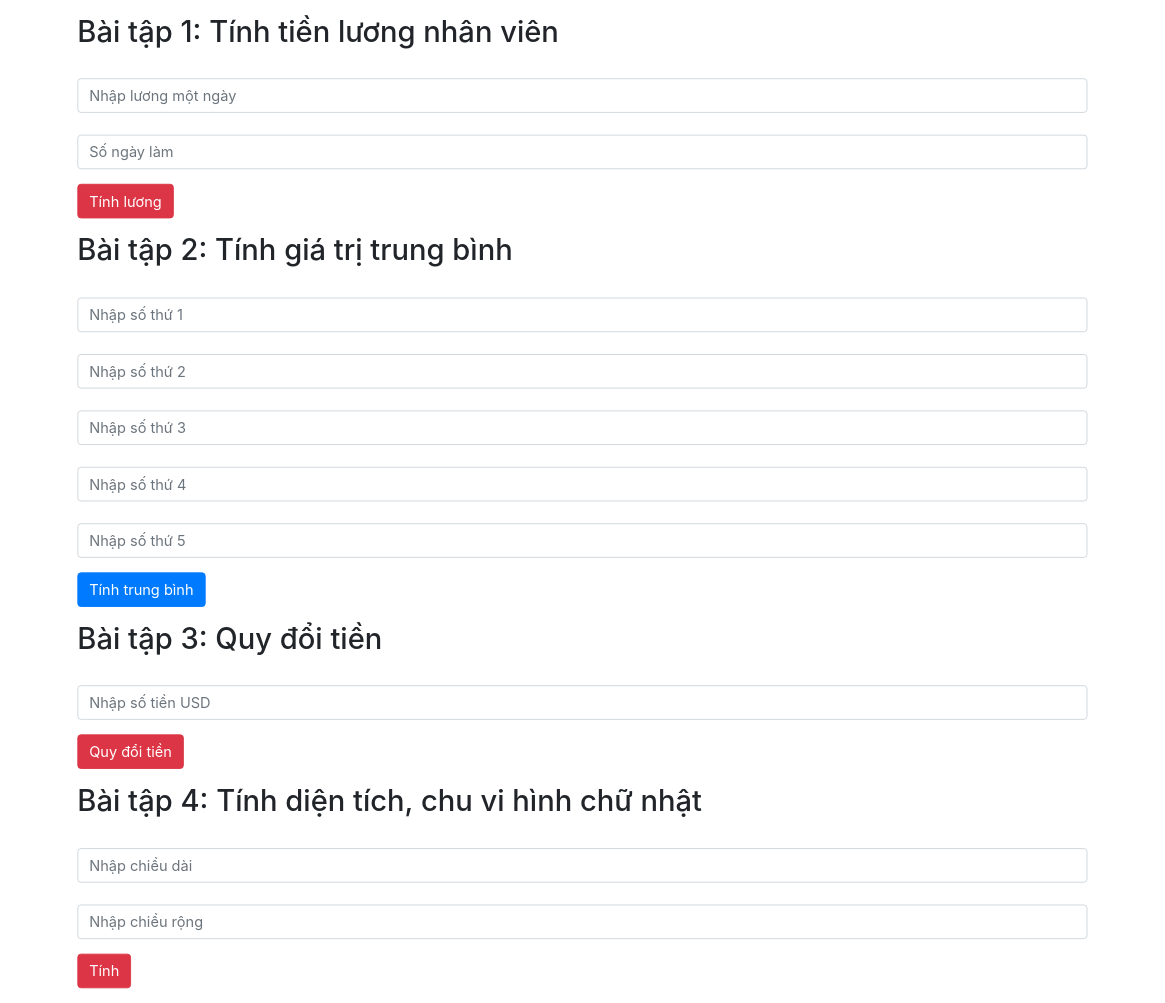
Repository: thanhfrankie/BC10-LeMinhThanh-Js-b2-3
Page: index.html
The author's editor kept a copy of each file at every save. The page is drawn from the files as they stood at one save, then again after the next save.
The browser window is 1280 px wide. The pictures show the whole page, at 91% of full size.

Above is the page before, as saved 2023-12-15 15:56:53.
Console error: SyntaxError: Unexpected token '}'

After the next save:
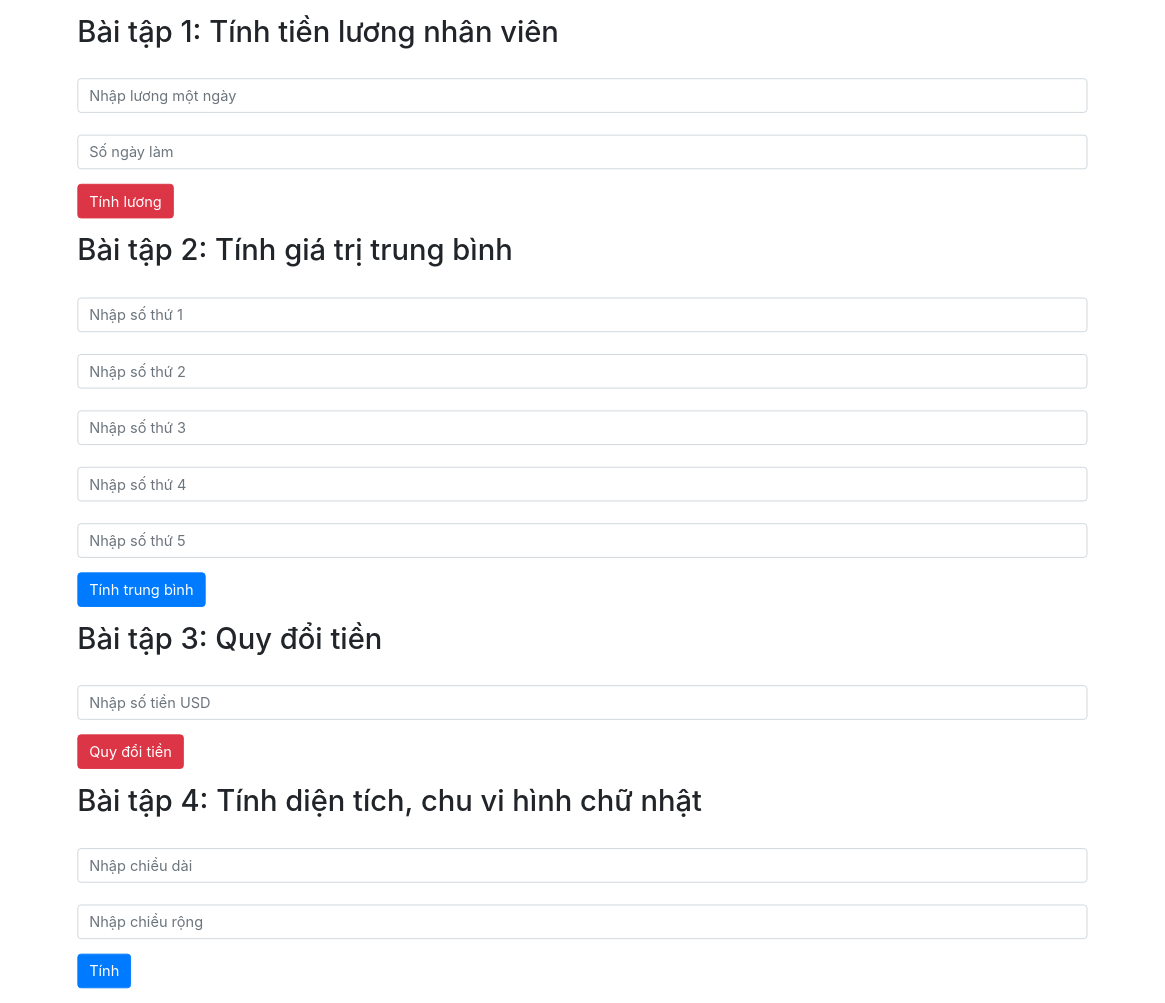
Saved 14 s later.
--- a/index.html
+++ b/index.html
@@ -154,7 +154,7 @@
           placeholder="Nhập chiều rộng"
           required
         />
-        <button type="button" onclick="tinh()" class="btn btn-danger mt-3">
+        <button type="button" onclick="tinh()" class="btn btn-primary mt-3">
           Tính
         </button>
       </div>
